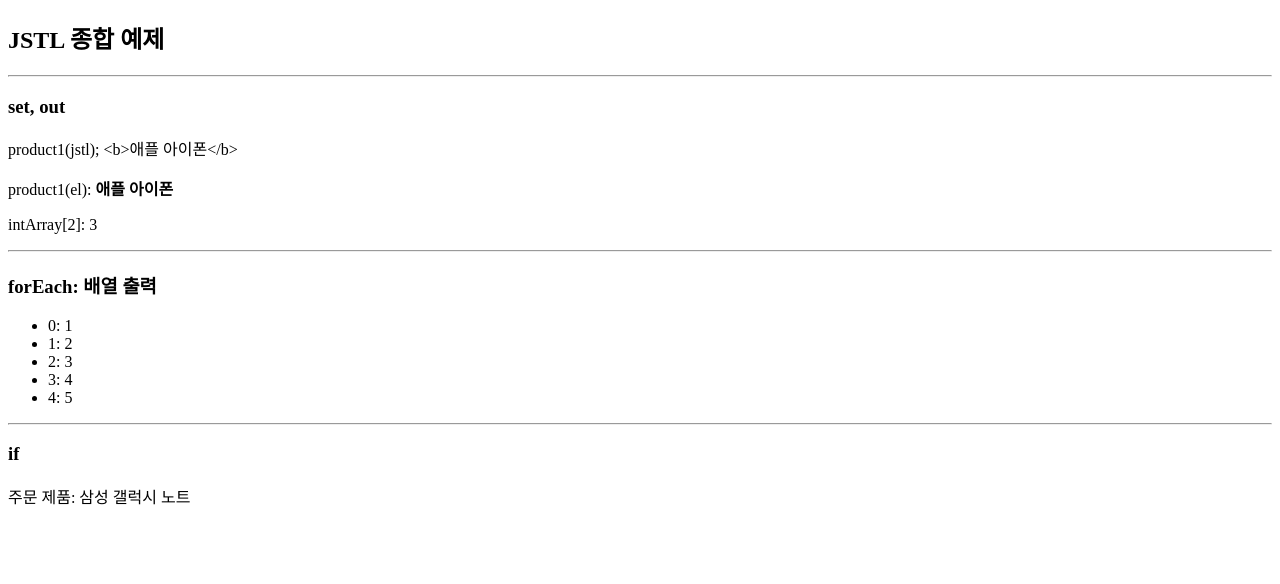
Repository: gold9387/jwbook
Page: http://localhost/jwbook/ch07/jstlExam.jsp
The author's editor kept a copy of each file at every save. The page is drawn from the files as they stood at one save, then again after a run of saves.
The browser window is 1280 px wide. The pictures show the whole page.
The page is served by Tomcat 9.

Above is the page before, as saved 2023-06-06 08:33:32.

After the next 2 saves:
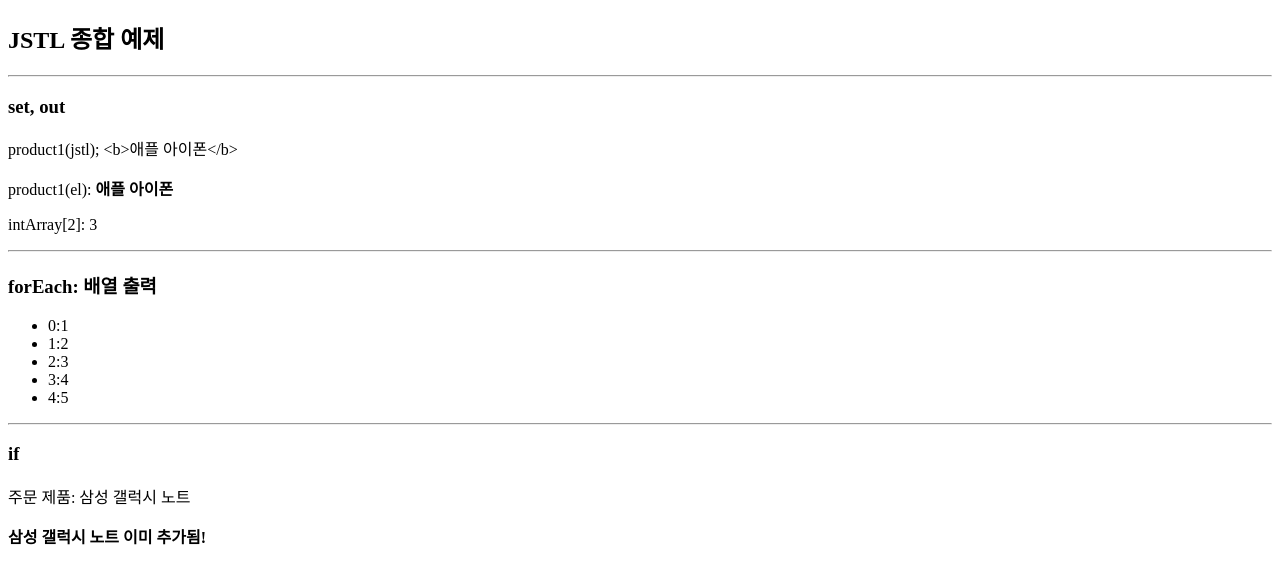
The 2 saves are shown as one change because they came seconds apart.
The last was saved 38 s later.
--- a/jwbook/src/main/webapp/ch07/jstlExam.jsp
+++ b/jwbook/src/main/webapp/ch07/jstlExam.jsp
@@ -26,7 +26,7 @@
 	<h3>forEach: 배열 출력</h3>
 	<ul>
 		<c:forEach var="num" varStatus="i" items="${intArray}">
-			<li>${i.index}: ${num}</li>
+			<li>${i.index}:${num}</li>
 		</c:forEach>
 	</ul>
 	<hr />
@@ -40,6 +40,10 @@
 		<p>주문 제품이 아님!</p>
 	</c:if>
 
-	<c:if test="${!empty product2 }"></c:if>
+	<c:if test="${!empty product2 }">
+		<p>
+			<b>${product2} 이미 추가됨!</b>
+		</p>
+	</c:if>
 </body>
 </html>
